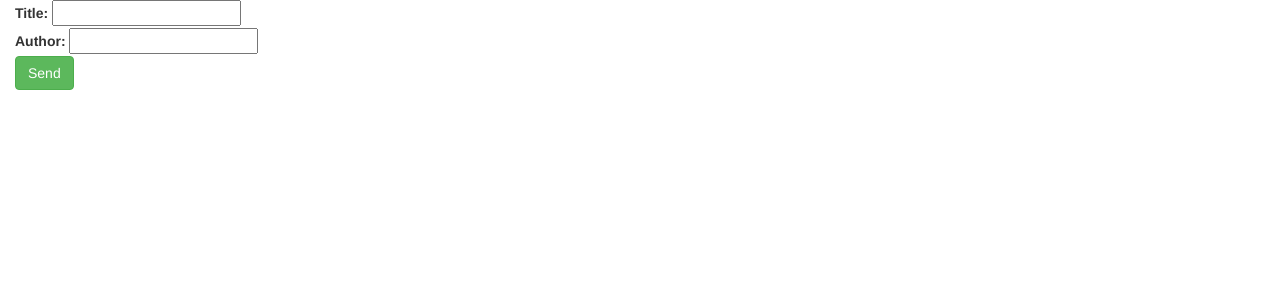
Repository: mstuper/ITIS-6177-Assignment06
Page: index.html
The author's editor kept a copy of each file at every save. The page is drawn from the files as they stood at one save, then again after the next save.
The browser window is 1280 px wide. The pictures show the whole page.
The page's requests for data from a server got no answer. Some web libraries are served in a nearby version.

Above is the page before, as saved 2023-01-31 16:54:30.

### index.html
<!DOCTYPE html>
<html lang="en">
<head>
    <meta charset="UTF-8">
    <meta http-equiv="X-UA-Compatible" content="IE=edge">
    <meta name="viewport" content="width=device-width, initial-scale=1.0">
    <title>Michael Stuper - Week 3</title>
    <!-- Latest compiled and minified CSS -->
<link rel="stylesheet" href="https://cdn.jsdelivr.net/npm/bootstrap@3.3.7/dist/css/bootstrap.min.css" integrity="sha384-BVYiiSIFeK1dGmJRAkycuHAHRg32OmUcww7on3RYdg4Va+PmSTsz/K68vbdEjh4u" crossorigin="anonymous">
</head>
<body>

    <div class="container-fluid">
        <div class="row">
            <div class="col-xs-12">
                <label for="title">Title:</label>
                <input type="text" name="title" id="title">
            </div>
            <div class="col-xs-12">
                <label for="author">Author:</label>
                <input type="text" name="author" id="author">
            </div>
            <div class="col-xs-12">
                <button
                    type="button"
                    onclick="sendPost()"
                    class="btn btn-success">Send</button>
            </div>
        </div>
    </div>

    <div class="row">
            <div class="col xs-12" id="list"></div>
    </div>

    <script src="https://cdnjs.cloudflare.com/ajax/libs/axios/1.2.6/axios.min.js" integrity="sha512-RUkwGPgBmjCwqXpCRzpPPmGl0LSFp9v5wXtmG41+OS8vnmXybQX5qiG5adrIhtO03irWCXl+z0Jrst6qeaLDtQ==" crossorigin="anonymous" referrerpolicy="no-referrer"></script>

    <script>

        function sendPost() {
            const title = document.getElementById('title').value;
            const author = document.getElementById('author').value;
            const req = {
                title,
                author
            };
            axios.post('http://localhost:3004/posts', req)
            .then(function (response) {
                console.log(response);
                document.getElementById('title').value = '';
                document.getElementById('title').focus();
                document.getElementById('author').value = '';
                getPosts();
            })
            .catch(function (error) {
                console.log(error);
            });
        }

        function getPosts() {
            axios.get('http://localhost:3004/posts')
            .then(function (response) {
                const list = document.getElementById('list');
                if (response && response.data) {
                    list.innerHTML = '';
                    response.data.forEach(post => {
                        list.innerHTML += '<br>' + post.title + '-' + post.author;
                    });
                }
            })
            .catch(function (error) {
                console.log(error);
            });
        }

        getPosts();

    </script>

</body>
</html>

After the next save:
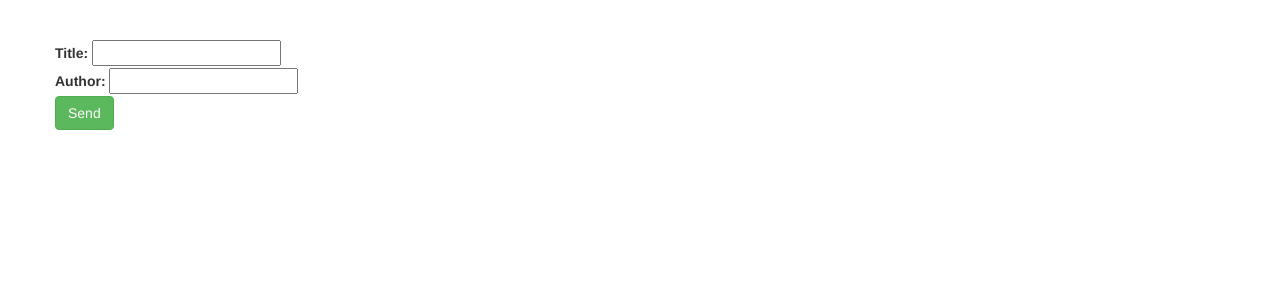
Saved 2 min 34 s later.
--- a/index.html
+++ b/index.html
@@ -7,6 +7,12 @@
     <title>Michael Stuper - Week 3</title>
     <!-- Latest compiled and minified CSS -->
 <link rel="stylesheet" href="https://cdn.jsdelivr.net/npm/bootstrap@3.3.7/dist/css/bootstrap.min.css" integrity="sha384-BVYiiSIFeK1dGmJRAkycuHAHRg32OmUcww7on3RYdg4Va+PmSTsz/K68vbdEjh4u" crossorigin="anonymous">
+<style>
+    body {
+        padding: 40px;
+    }
+</style>
+
 </head>
 <body>
 
